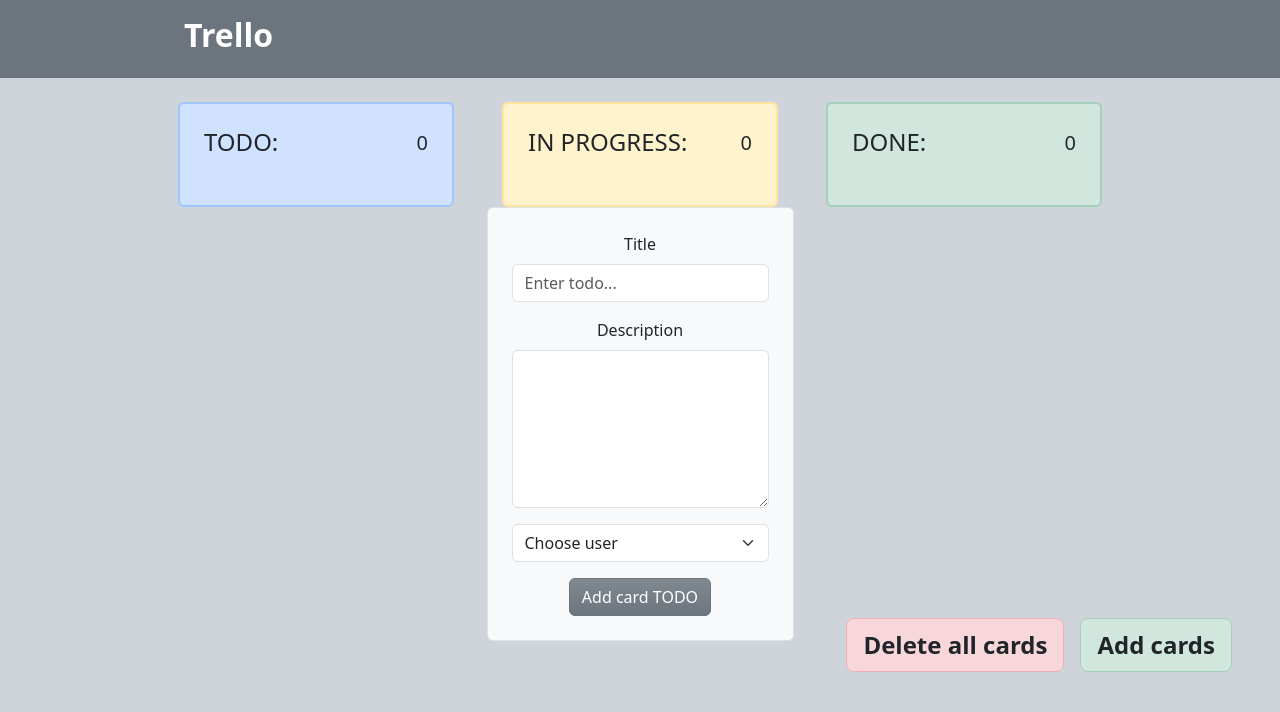
Repository: Valeria154/trello-app-clone
Page: / (app in trello-app-project/)
An editor plug-in stored every save of this project. The page is shown before and after the next save, followed by the edit.
The browser window is 1280 px wide. The pictures show the whole page.
The project was rebuilt for these pictures with package versions that can differ from the ones it lists, and the page was loaded fresh each time. Also part of the build but not shown: trello-app-project/vite.config.js.

Above is the page before, as saved 2025-03-15 19:48:20.
Console error: ReferenceError: showClock is not defined

### trello-app-project/src/index.html
<!doctype html>
<html lang="en">

<head>
	<meta charset="UTF-8" />
	<meta name="viewport" content="width=device-width, initial-scale=1.0" />
	<title>Trello</title>
	<script type="module" src="./main.js"></script>
</head>

<body class="bg-dark-subtle">
	<header class="bg-secondary p-3">
		<div class="container d-flex justify-content-between align-items-center mx-autox w-75">
			<h1 class="fs-2 fw-bold text-white">Trello</h1>
			<div class="fs-5 fw-semibold text-white" id="clock"></div>
		</div>
	</header>
	<main class="p-4">
		<div class="container text-center w-75">
			<div class="row align-items-start mb-6 gap-5">
				<!-- TODO -->
				<div class="col border border-primary-subtle border-2 rounded-2 text-dark p-4 bg-primary-subtle">
					<div class="d-flex justify-content-between mb-3">
						<h4>TODO:</h4>
						<div id="todoCount" class="fs-5">0</div>
					</div>
					<div id="todo"></div>
				</div>
				<!-- In progress -->
				<div class="col border border-warning-subtle border-2 rounded-2 text-dark p-4 bg-warning-subtle">
					<div class="d-flex justify-content-between mb-3">
						<h4>IN PROGRESS:</h4>
						<div id="progressCount " class="fs-5">0</div>
					</div>
					<div id="progress"></div>
				</div>
				<!-- Done -->
				<div class="col border border-success-subtle border-2 rounded-2 text-dark p-4 bg-success-subtle">
					<div class="d-flex justify-content-between mb-3">
						<h4>DONE:</h4>
						<div id="doneCount" class="fs-5">0</div>
					</div>
					<div id="done"></div>
				</div>
			</div>
			<div class="d-grid gap-2 d-md-flex justify-content-md-end position-fixed bottom-0 end-0 p-5">
				<button class="btn btn-lg bg-danger-subtle border-danger-subtle me-md-2 fs-4 fw-semibold" type="button"
					id="deleteAllBtn">Delete all
					cards</button>
				<button id="addCardBtn" class="btn btn-lg bg-success-subtle border-success-subtle fs-4 fw-semibold"
					type="button">Add
					cards</button>
			</div>
			<!-- Modal TODO -->
			<div class="d-flex justify-content-center align-items-center">
				<form class="p-4 border rounded bg-light">
					<div class="mb-3">
						<label for="titile" class="form-label">Title</label>
						<input type="text" class="form-control" id="title" placeholder="Enter todo...">
					</div>
					<div class="mb-3">
						<label for="description" class="form-label">Description </label>
						<textarea type="text" class="form-control" id="description" rows="6"
							placeholder="Write description here">
						</textarea>
					</div>
					<div class="mb-3">
						<select id="user" class="form-select">
							<option selected value="">Choose user</option>
							<option value="Amelia">Amelia</option>
							<option value="Mary">Mary</option>
							<option value="Thomas">Thomas</option>
							<option value="Harry">Harry</option>
							<option value="Susan">Susan</option>
						</select>
					</div>
					<button type="submit" class="btn btn-primary bg-secondary bg-gradient border-secondary">Add card
						TODO</button>
				</form>
			</div>
		</div>
	</main>

</body>

</html>

### trello-app-project/src/main.js
import './style.scss'
// import javascriptLogo from './javascript.svg'
// import viteLogo from '/vite.svg'

const clockElement = document.querySelector('#clock')
const addCardElement = document.querySelector('#addCardBtn')
const formElement =

	//функция, которая отражает часы
	function showClock() {
		clockElement.textContent = new Date().toLocaleTimeString()
	}
setInterval(showClock, 1000)
showClock()

addCardElement.addEventListener('click', handleClickButtonAddCard)

function handleClickButtonAddCard() {
	Toggle
}
// function handleClickButtonAddTodo() {
// 	toggleModal(formModalElement)
// 	formElement.innerHTML = buildFormModal()
// }

Loaded but not shown: trello-app-project/src/style.scss (common file)

After the next save:
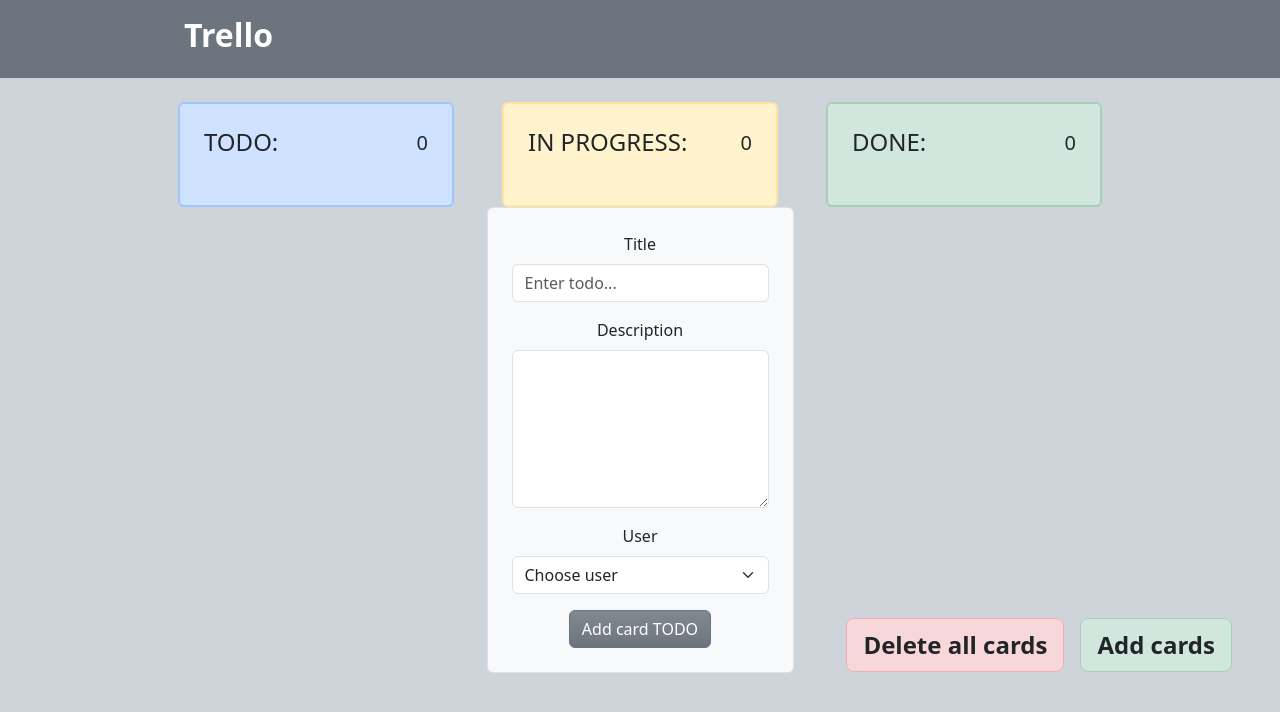
Saved 87 s later.
--- a/trello-app-project/src/index.html
+++ b/trello-app-project/src/index.html
@@ -65,6 +65,7 @@
 						</textarea>
 					</div>
 					<div class="mb-3">
+						<label for="user" class="form-label">User </label>
 						<select id="user" class="form-select">
 							<option selected value="">Choose user</option>
 							<option value="Amelia">Amelia</option>
